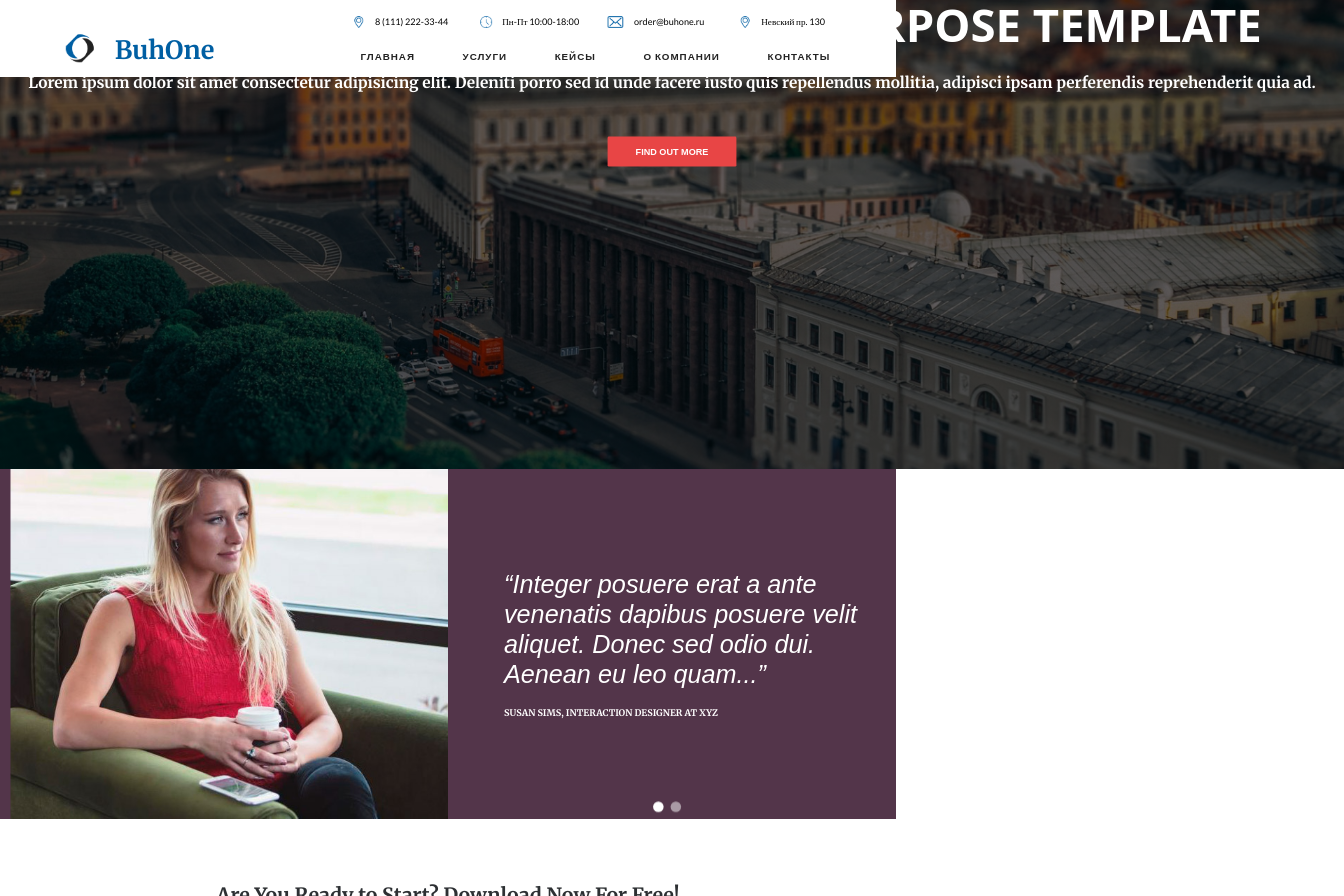
Repository: ZetsubouBilly/test
Page: index.html
An editor plug-in stored every save of this project. The page is shown before and after the next save, followed by the edit.
The browser window is 1280 px wide. The page is 1920 px wide, so the pictures cover 1920 px, including what lies to the right of the window. The pictures show the part of the page from y = 0 to 1280 px (the page is 1803 px tall), at 70% of full size.

Above is the page before, as saved 2023-05-13 13:24:23.

### index.html
<!DOCTYPE html>
<html lang="ru">
<head>
    <meta charset="UTF-8">
    <meta name="viewport" content="width=device-width, initial-scale=1.0, minimum-scale=1.0, maximum-scale=1.0">  <link rel="preconnect" href="https://fonts.gstatic.com">
    <link rel="preconnect" href="https://fonts.googleapis.com">
    <link rel="preconnect" href="https://fonts.gstatic.com" crossorigin>
    <link href="https://fonts.googleapis.com/css2?family=Lato:wght@300;400;700&family=Merriweather:wght@700;900&display=swap" rel="stylesheet">
    <link rel="stylesheet" type="text/css" href="https://cdn.jsdelivr.net/npm/slick-carousel@1.8.1/slick/slick.css"/>
    <link rel="stylesheet" href="css/style.css">

   <meta name="description" content="Описание страницы">
   <meta name="google" content="notranslate" />
   <meta name="keywords" content="создаие сайтов, верстка сайтов" />

    <title>BuhOne</title>

    <script src="https://cdnjs.cloudflare.com/ajax/libs/jquery/3.5.1/jquery.min.js"></script>

</head>
<body>



<!-- Header -->

 <header class="header" id="header">

            <div class="header__inner">
                <div class="header__inner_l">
                    <div class="header__logo">
                        <img src="img/logo.png" alt="">
                        <p class="header__logo_name">BuhOne</p>
                    </div>
                </div>
                <div class="header__inner_r">
                    <div class="top-line">
                        <div class="top-line_info">
                            <img class="top-line_info_img" src="img/placeholder.png" alt="">
                            <p class="top-line_info_text">8 (111) 222-33-44</p>

                        </div>
                        <div class="top-line_info">
                            <img class="top-line_info_img" src="img/time.png" alt="">
                            <p class="top-line_info_text">Пн-Пт 10:00-18:00</p>

                        </div>
                        <div class="top-line_info">
                            <img class="top-line_info_img" src="img/Frame.png" alt="">
                            <p class="top-line_info_text">order@buhone.ru</p>

                        </div>
                        <div class="top-line_info">
                            <img class="top-line_info_img" src="img/placeholder.png" alt="">
                            <p class="top-line_info_text">Невский пр. 130</p>

                        </div>

                    </div>
                    <nav class="nav" id="nav">
                        <a class="nav__link" href="#" data-scroll="#features">Главная</a>
                        <a class="nav__link" href="#" data-scroll="#works">Услуги</a>
                        <a class="nav__link" href="#" data-scroll="#team">Кейсы</a>
                        <a class="nav__link" href="#" data-scroll="#reviews">О компании</a>
                        <a class="nav__link" href="#" data-scroll="#download">Контакты</a>
                    </nav>
                </div>




                <button class="burger" type="button" id="navToggle">
                    <span class="burger__item">Menu</span>
                </button>

            </div>

 </header>


 <!-- Intro -->

<div class="intro" id="intro">
    <div class="container">
        <div class="intro__inner">
             <h1 class="intro__title">You Favorite One Page Multi Purpose Template</h1>
             <h2 class="intro__subtitle">Lorem ipsum dolor sit amet consectetur adipisicing elit.
                 Deleniti porro sed id unde facere iusto quis repellendus mollitia, adipisci ipsam
                 perferendis reprehenderit quia ad.</h2>
                 <a class="btn  btn--red" href="">Find Out More</a>
        </div>
    </div>
</div>










<!-- Testimonials -->

<div class="reviews" id="reviews">
    <div class="container">

        <div class="reviews__slider" id="reviewsSlider">
            <div class="slick-item">
             <div class="reviews__item">
                 <div class="reviews__photo">
                     <img class="reviews__img" src="img/reviews/review-1.jpg" alt="">
                 </div>
                 <div class="reviews__content">
                        <div class="reviews__text">“Integer posuere erat a ante venenatis dapibus posuere velit aliquet. Donec sed odio dui. Aenean eu leo quam...”</div>
                       <div class="reviews__author">Susan Sims, Interaction Designer at XYZ</div>
                 </div>
                </div>
            </div>

                <div class="slick-item">
                <div class="reviews__item">
                    <div class="reviews__photo">
                        <img class="reviews__img" src="img/reviews/review-1.jpg" alt="">
                    </div>
                    <div class="reviews__content">
                           <div class="reviews__text">"Lorem ipsum dolor sit amet consectetur, adipisicing elit. Maiores, tempore velit, debitis quasi doloribus vero natus sint ratione temporibus fugiat voluptatum nesciunt modi. Adipisci aliquid voluptatem magni laborum, facilis nisi".</div>
                          <div class="reviews__author">Susan Sims, Interaction Designer at XYZ</div>
                    </div>
                   </div>
                </div>
            </div>
        </div>

    </div>
</div> <!-- /reviews -->




<!-- Download -->

<div class="download" id="download">
    <div class="container">
        <h3 class="download__title">Are You Ready to Start? Download Now For Free!</h3>
        <div class="download__text"><p>Fusce dapibus, tellus ac cursus commodo</p>
        </div>
        <a class="btn  btn--red  btn--long" href="">Download Here</a>
    </div>
</div>


<!-- Footer -->


<footer class="footer">
    <div class="container">

        <div class="footer__inner">
            <div class="footer__block">
                <h4 class="footer__title">Location</h4>
                <address class="footer__adress"><div>3481 Melrose Place</div>
                    <div>Beverly Hills, CA 90210</div>
                </address>
            </div>

            <div class="footer__block">
                <h4 class="footer__title">Share with Love</h4>
                <div class="social  social--footer">
                    <a class="social__item" href="" target="_blank">
                        <svg class="social__icon">
                            <use xlink:href="#facebook"></use>
                        </svg>
                    </a>

                    <a class="social__item" href="" target="_blank">
                        <svg class="social__icon">
                            <use xlink:href="#twitter"></use>
                        </svg>
                    </a>

                    <a class="social__item" href="" target="_blank">
                        <svg class="social__icon">
                            <use xlink:href="#linkedin"></use>
                        </svg>
                    </a>


                </div>
            </div> <!-- /footer__block__social -->

            <div class="footer__block">
                <h4 class="footer__title">About ActiveBox</h4>
                <div class="footer__text"><p>Cras justo odio, dapibus ac facilisis in, egestas eget quam. Donec ullamcorper nulla non metus auctor fringilla.</p></div>
            </div>

        </div> <!-- /footer__inner -->

    </div> <!-- /container -->

    <div class="copyright">
        <div class="container">
          <div class="copyright__text"><div>Copyright © 2015 ActiveBox. All Rights Reserved</div>
           <div>Made  <span>by Kamal Chaneman</span></div>
        </div>
    </div>
</div>
</footer>


<!-- Javascript -->
<script  src="https://cdn.jsdelivr.net/npm/slick-carousel@1.8.1/slick/slick.min.js"></script>
<script src="js/app.js"></script>


</body>
</html>

### css/style.css
body {
  margin: 0;

  font-family: "Merriweather", sans-serif;
  font-size: 14px;
  color: #6c7279;
  -webkit-font-smoothing: antialiased;

  background-color: #fff;
}

*,
*:before,
*:after {
  box-sizing: border-box; /* алгоритм подсчета размеров с учетом padding и границ. */
}

h1,
h2,
h3,
h4,
h5,
h6 {
  margin: 0;
}

p {
  margin: 0 0 10px;
}

/* Container
==================== */

.container {
  width: 100%;
  max-width: 1920px;
  margin: 0 auto;
  padding: 0 15px;
}

/* Header
==================== */

.header {
  position: absolute;
  width: 100%;
  height: 73px;
  height: 110px;
  /* left: 50%; */
  /* top: 6.52px; */
  /* margin-left: -560px; */
  background-color: #fff;
}

.header.fixed {
  height: auto;

  position: fixed; /* фиксируем шапку при скроле*/

  background-color: #fff;
}

.header.fixed .header__inner {
  padding-top: 15px;
  padding-bottom: 15px;

  border-bottom: 0;
}

.header__inner {
  display: flex;
  justify-content: space-around;
  align-items: center;
  max-width: 1116px;
  /* padding: 35px 0; */

  /* border-bottom: 1px solid #4d5066; */
  margin: 0 auto;
}
.header__inner_l{
    margin-right: 185px;
}
.header__inner_r{
    display: flex;
    flex-direction: column;
  width: 671px;

}

.header__logo {
  display: flex;
  align-items: flex-start;
  justify-content: space-between;
  max-width: 260px;
  padding-top: 33px;
}
.header__logo_name {
  font-size: 36px;
  margin-left: 30px;
  color: #005fa3;
}

/* Top-line
==================== */

.top-line {
  display: flex;
  padding:23px 0px 0px 40px;
  justify-content: center;
  margin-bottom: 22px;
  width: 671px;
}
.top-line_info {
  display: flex;
  margin-right: 40px;
}
.top-line_info_img {
  margin-right: 15px;
  max-width: 23px;
  height: 17px;
}
.top-line_info_text {
  font-family: "Lato";
  font-style: normal;
  font-weight: 400;
  font-size: 13px;
  line-height: 17px;
  width: 110px;


  color: #000000;
}

/* Nav
==================== */

.nav {
  display: flex;
  font-size: 13px;
  font-weight: 700;
  text-transform: uppercase;
  width: 671px;
  justify-content: space-between;
  margin-bottom: 31px;
}

.nav__link {
  font-family: "Lato", sans-serif;
  font-style: normal;
  font-weight: 700;
  font-size: 14px;
  line-height: 17px;


  letter-spacing: 0.1em;
  text-transform: uppercase;



  color: #222222;
  text-decoration: none;
}
.nav__link:first-child {
  margin-left: 0;
}

.nav__link:hover {
  opacity: 1;
}

/* Intro
==================== */

.intro {
    /* position: absolute; */
    width: 1920px;
    height: 670px;
    /* left: 0px;
    top: 110px; */


  /* background-size: cover; */
  background: linear-gradient(0deg, rgba(0, 0, 0, 0.6), rgba(0, 0, 0, 0.6)),   url("../img/Rectangle.png")  no-repeat;

}

.intro__inner {
  width: 100%;
  max-width: 1920px;
  margin: 0 auto;
  text-align: center;
}

.intro__title {
  margin: 0 0 30px;
  font-family: "Open Sans", sans-serif;
  font-size: 65px;
  line-height: 1.1;
  color: #fff;
  font-weight: 700;
  text-transform: uppercase;
}

.intro__subtitle {
  margin-bottom: 60px;
  font-size: 22px;
  color: #fff;
  line-height: 1.5;
  font-weight: 400;
}

/* Button
==================== */

.btn {
  display: inline-block;
  vertical-align: top;
  padding: 14px 40px;

  border-radius: 2px;
  border: 0;
  cursor: pointer;

  font-family: "Raleway", sans-serif;
  font-size: 13px;
  color: #fff;
  font-weight: 600;
  text-transform: uppercase;
  text-decoration: none;
  text-align: center;

  transition: background 0.1s linear;
}

.btn--red {
  background-color: #e84545;
}

.btn--red:hover {
  background-color: #dd3434;
}

.btn--long {
  min-width: 280px;
}

/* Features
==================== */

.features {
  display: flex;
  flex-wrap: wrap;
  margin: 95px 0;
}

.features__item {
  width: 33.33333%;
  padding: 0 40px;
  text-align: center;
  margin: 25px 0;
}

.features__icon {
  margin-bottom: 25px;
}

.features__title {
  margin-bottom: 20px;
  font-size: 14px;

  color: #2d3033;
  font-weight: 700;
  text-transform: uppercase;
}

.features__text {
  font-size: 14px;
  line-height: 1.5;
  color: #6c7279;
}

/* Works
===================*/

.works {
  display: flex;
  flex-wrap: wrap;
}

.works__item {
  width: 25%;
  height: 350px;
  border-bottom: 1px solid #fff;
  border-right: 1px solid #fff;

  position: relative;
  overflow: hidden;
}
.works__item:hover .works__content {
  opacity: 1;
}

.works__photo {
  min-width: 100%;
  position: absolute;
  top: 50%;
  left: 50%;
  z-index: 1;

  transform: translate3d(-50%, -50%, 0);
}

.works__content {
  display: flex;
  flex-direction: column;
  justify-content: center;
  width: 100%;
  height: 100%;
  opacity: 0;

  text-align: center;

  background-color: rgba(232, 69, 69, 0.9);

  position: absolute;
  top: 0;
  left: 0;
  z-index: 2;
  transition: opacity 0.2s linear;
}

.works__title {
  margin-bottom: 5px;

  font-size: 14px;
  font-weight: 700;
  color: #fff;
  text-transform: uppercase;
}

.works__text {
  font-size: 14px;
  color: #fff;
}

/* Team
==================*/

.team {
  margin: 100px 0;
}

.team__inner {
  display: flex;
  flex-wrap: wrap;
  margin: 0 -15px;
}

.team__item {
  width: 25%;
  padding: 0 15px;
  margin-bottom: 30px;
}

.team__photo {
  display: block;
  min-width: 100%;
  height: auto;
  margin-bottom: 20px;
}

.team__name {
  margin-bottom: 8px;

  font-size: 25px;
  color: #2d3033;
}

.team__prof {
  margin-bottom: 15px;

  font-size: 13px;
  color: #e84545;
  text-transform: uppercase;
}

.team__text {
  margin-bottom: 20px;

  font-size: 14px;
  line-height: 1.5;
  color: #6c7279;
}

/* Social
==================*/

.social {
  display: flex;
}

.social--footer {
  justify-content: center;
}

.social__item {
  display: flex;
  justify-content: center;
  align-items: center;
  width: 40px;
  height: 40px;
  margin-right: 4px;

  background-color: #fff;
  border: 1px solid #e8ecee;

  transition: background 0.1s linear;
}
.social__item:hover {
  background-color: #e8ecee;
}

.social__item:hover .social__icon {
  fill: #000;
}

.social--footer .social__item {
  background-color: transparent;
  border-width: 2px;
  border-color: #fff;
  border-radius: 2px;
}

.social--footer .social__item:hover {
  background-color: #fff;
}

.social__icon {
  display: block;
  height: 18px;
  fill: #c6cacc;

  transition: fill 0.1s linear;
}

.social--footer .social__icon {
  fill: #fff;
}

/* reviews
==================*/

.reviews {
  overflow: hidden;
  background-color: #53354a;
}

.reviews__slider {
  height: 500px;
  overflow: hidden;
}

.reviews__slider.slick-initialized {
  height: auto;
}

.reviews__item {
  display: flex;
  flex-wrap: wrap;
  overflow: hidden;
}

.reviews__photo {
  width: 50%;
  height: 500px;
  position: relative;
}

.reviews__img {
  position: absolute;
  top: 50%;
  right: 0;
  z-index: 1;

  transform: translateY(-50%);
}

.reviews__content {
  display: flex;
  flex-direction: column;
  justify-content: center;
  width: 50%;
  padding-left: 80px;
}

.reviews__text {
  margin-bottom: 25px;

  font-family: "Cardo", sans-serif;
  font-style: italic;
  font-size: 36px;
  line-height: 1.2;
  color: #fff;
}

.reviews__author {
  font-size: 13px;
  font-weight: 700;
  text-transform: uppercase;
  color: #fff;
}

.slick-dots {
  display: flex;
  justify-content: center;
  margin: 0;
  padding: 0 0 10px;
  list-style: none;
  width: 50%;

  position: absolute;
  bottom: 0;
  right: 0;
  z-index: 2;
}
.slick-dots li {
  margin: 0 5px;
}

.slick-dots button {
  width: 15px;
  height: 15px;
  padding: 0;

  background: #fff;
  border-radius: 50%;
  border: 0;
  opacity: 0.5;
  cursor: pointer;

  font-size: 0;
  color: transparent;
}

.slick-dots button:focus {
  outline: 0;
}

.slick-dots .slick-active button {
  opacity: 1;
}

/* Download
==================*/

.download {
  margin: 90px 0;

  text-align: center;
}

.download__title {
  margin-bottom: 10px;

  font-size: 28px;
  color: #2d3033;
  font-weight: 300;
}

.download__text {
  margin-bottom: 30px;

  font-size: 13px;
  color: #2d3033;
  font-weight: 700;

  text-transform: uppercase;
}

/* Features
==================== */

.footer {
  background-color: #3a3e64;
}

.footer__inner {
  padding: 70px 0;

  display: flex;
  flex-wrap: wrap;
}

.footer__block {
  width: 33.33333%;
  padding: 0 15px;

  text-align: center;
}

.footer__title {
  margin-bottom: 10px;

  font-size: 14px;
  font-weight: 700;
  color: #fff;
  text-transform: uppercase;
}

.footer__adress {
  font-size: 14px;
  line-height: 1.5;
  font-style: normal;
  color: rgba(255, 255, 255, 0.5);
}

.footer__text {
  font-size: 14px;
  line-height: 1.5;
  color: rgba(255, 255, 255, 0.5);
}

/* copyright
==================== */
.copyright {
  padding: 20px 0;
  background-color: #313454;
}

.copyright__text {
  text-align: center;
  font-size: 14px;
  color: #808080;
}

.copyright__text span {
  color: #fff;
}

/* Burger
==================== */
.burger {
  display: none;
  padding: 9px 2px;

  background: none;
  border: 0;
  cursor: pointer;
}

.burger__item {
  display: block;
  width: 30px;
  height: 3px;

  background-color: #fff;

  font-size: 0;
  color: transparent;

  position: relative;
}

.burger__item:before,
.burger__item:after {
  content: "";
  width: 100%;
  height: 100%;

  background-color: #fff;

  position: absolute;
  left: 0;
  z-index: 1;
}

.burger__item:before {
  top: -8px;
}

.burger__item:after {
  bottom: -8px;
}

/* Media
==================== */
@media (max-width: 1300px) {
  /* Works */
  .works__item {
    width: 50%;
  }
}

@media (max-width: 991px) {
  /* Nav  скрываем кнопки навигации при смене размера девайса*/
  .nav {
    display: none;
    flex-direction: column;
    background-color: #31344e;

    width: 100%;
    text-align: right;

    position: absolute;
    top: 100%;
    right: 0;
  }

  .nav.show {
    display: flex;
  }

  .nav__link {
    padding: 9px 15px;
  }

  /* Burger */
  .burger {
    display: block;
  }

  /* intro  меняем размер title под размер девайса*/
  .intro__title {
    font-size: 40px;
  }

  /* Features */
  .features__item {
    width: 50%;
  }

  /* Team */
  .team__item {
    width: 50%;

    text-align: center;
  }

  .team__photo {
    margin-left: auto;
    margin-right: auto;
  }

  /* Team */
  .social {
    justify-content: center;
  }

  /*Reviews */
  .reviews__photo {
    width: 100%;
    margin: 15px 0 40px;
    overflow: hidden;
  }

  .reviews__content {
    width: 100%;
    padding-left: 0;
    padding-bottom: 40px;
  }
}

@media (max-width: 767px) {
  .intro {
    height: auto;
    padding-top: 130px;
    padding-bottom: 30px;
  }

  .intro__title {
    font-size: 30px;
  }

  .intro__subtitle {
    margin-bottom: 30px;

    font-size: 16px;
  }

  /* Features */
  .features {
    margin: 40px 0;
  }

  .features__item {
    width: 100%;
    padding-left: 0;
    padding-right: 0;
  }

  /* Works */
  .works__item {
    width: 100%;
    height: 300px;
  }

  /* Team */
  .team {
    margin: 60px 0 30px;
  }
  .team__item {
    width: 100%;
  }

  /* Reviews */
  .reviews__text {
    font-size: 25px;
  }

  /* Btn */
  .btn--long {
    min-width: 260px;
  }

  /* Download */
  .download {
    margin: 50px 0;
  }

  .download__title {
    font-size: 24px;
  }

  /* Footer */
  .footer__inner {
    padding: 30px 0;
  }
  .footer__block {
    width: 100%;
    padding-left: 0;
    padding-right: 0;
    margin-bottom: 30px;
  }
  .footer__block:last-child {
    margin-bottom: 0;
  }
}

@media (max-width: 414px) {
  /*Reviews */
  .reviews__img {
    right: -100px;
  }
}

### js/app.js
$(function() {

    /* Fixed Header */
    let header = $("#header"); //присваем переменной хедер id хедер
    let intro = $("#intro"); //присваем переменной интро id интро
    let introH= intro.innerHeight();
    let scrollPos= $(window).scrollTop(); //получаем позицию скролла элемента сверху
    let nav = $("#nav");
    let navToggle = $("#navToggle");

    checkScroll(scrollPos, introH);

    $(window).on("scroll resize", function() /*делаем проверки на скролл, перезагрузку стр и изменение размера экрана*/
    {
        introH = intro.innerHeight();//присваем переменной хедер функцию показа размера высоты intro
        scrollPos = $(this).scrollTop();

        checkScroll(scrollPos, introH);

        //console.log(scrollPos); //вывод высоты интро
    }); //отслеживание события скролла

    function checkScroll(scrollPos, introH) {

        if( scrollPos > introH ) {
            header.addClass("fixed"); //добавляем класс
        }
        else {
            header.removeClass("fixed"); //убираем класс
        }
    }


    /* Smooth Scroll */
    $("[data-scroll]").on("click", function(event) //отслеживаем события с эдементом дата-скролл при клике на элемент
    {
        event.preventDefault(); //отменяет стандартное поведение ссылки

        let elementId = $(this).data('scroll'); //хранится id элемента которого хотим скроллить
        let elementOffset = $(elementId).offset().top; //ролучаем отступ элемента от верха

        nav.removeClass("show"); // убирает бургер-меню при клике на ссылку в нем

        $("html, body").animate({
            scrollTop: elementOffset - 70 //делаем плавный переход на ссылки навигации
        }, 700);
    });





    /* Nav Toggle */


    navToggle.on("click", function(event) // отслеживание клика на бургер меню
    {
        event.preventDefault();

        nav.toggleClass("show");

    });





    /* Reviews: https://kenwheeler.github.io/slick/ */
    let slider = $("#reviewsSlider");

    slider .slick({
        infinite: true, //скролл все время, если заканчиваются элементы то повторяются заново
        slidesToShow: 1,  // cколько хотим показывать слайдов
        slidesToScroll: 1,   // сколько будем скролить слайдов
        fade: true,          //для затемнения отзывов
        arrows: false,       // убирает переключатели слайдера
        dots: true
      });



});

After the next save:
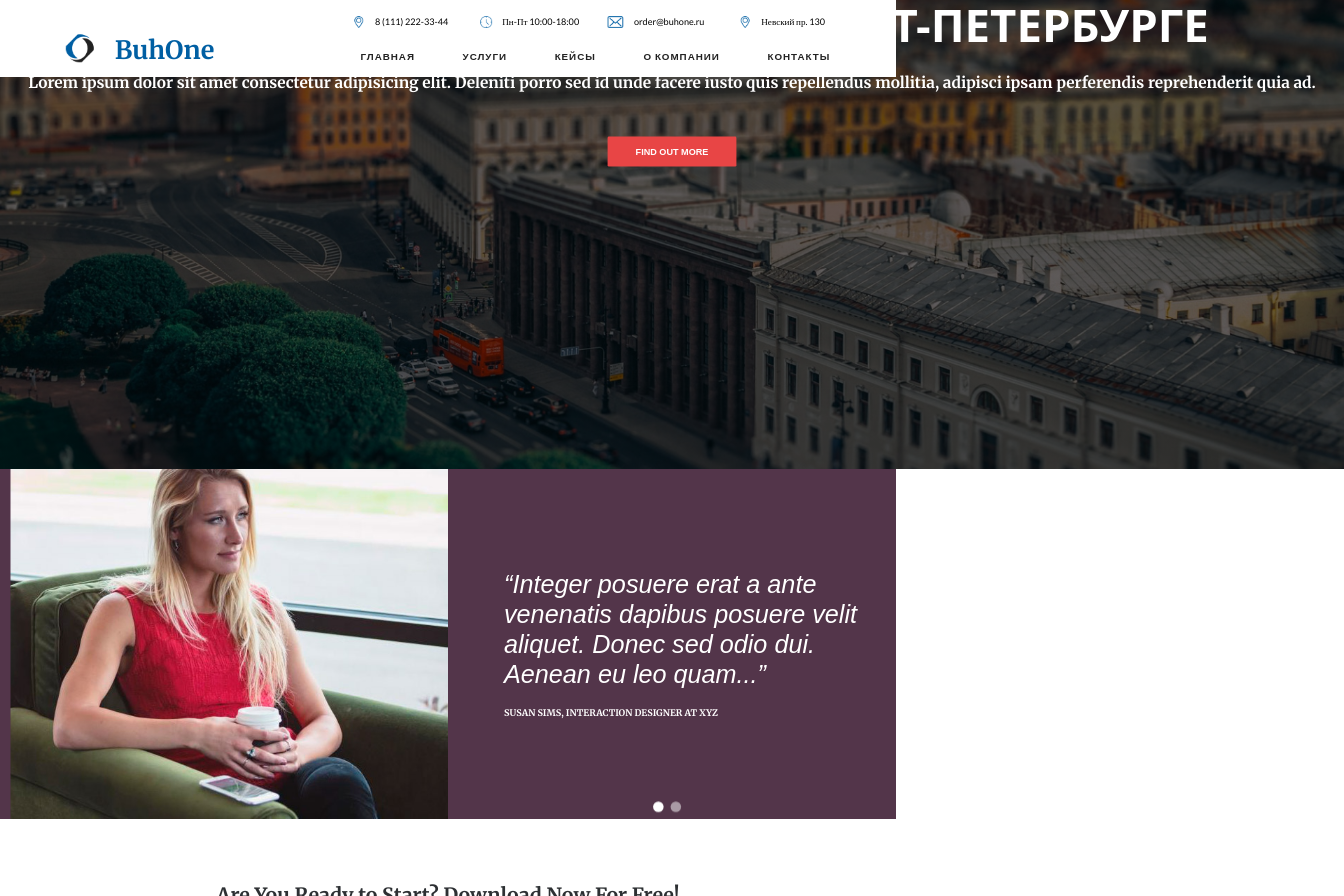
Saved 56 s later.
--- a/index.html
+++ b/index.html
@@ -83,7 +83,7 @@
 <div class="intro" id="intro">
     <div class="container">
         <div class="intro__inner">
-             <h1 class="intro__title">You Favorite One Page Multi Purpose Template</h1>
+             <h1 class="intro__title">Бухгалтерские услуги в Санкт-Петербурге</h1>
              <h2 class="intro__subtitle">Lorem ipsum dolor sit amet consectetur adipisicing elit.
                  Deleniti porro sed id unde facere iusto quis repellendus mollitia, adipisci ipsam
                  perferendis reprehenderit quia ad.</h2>
